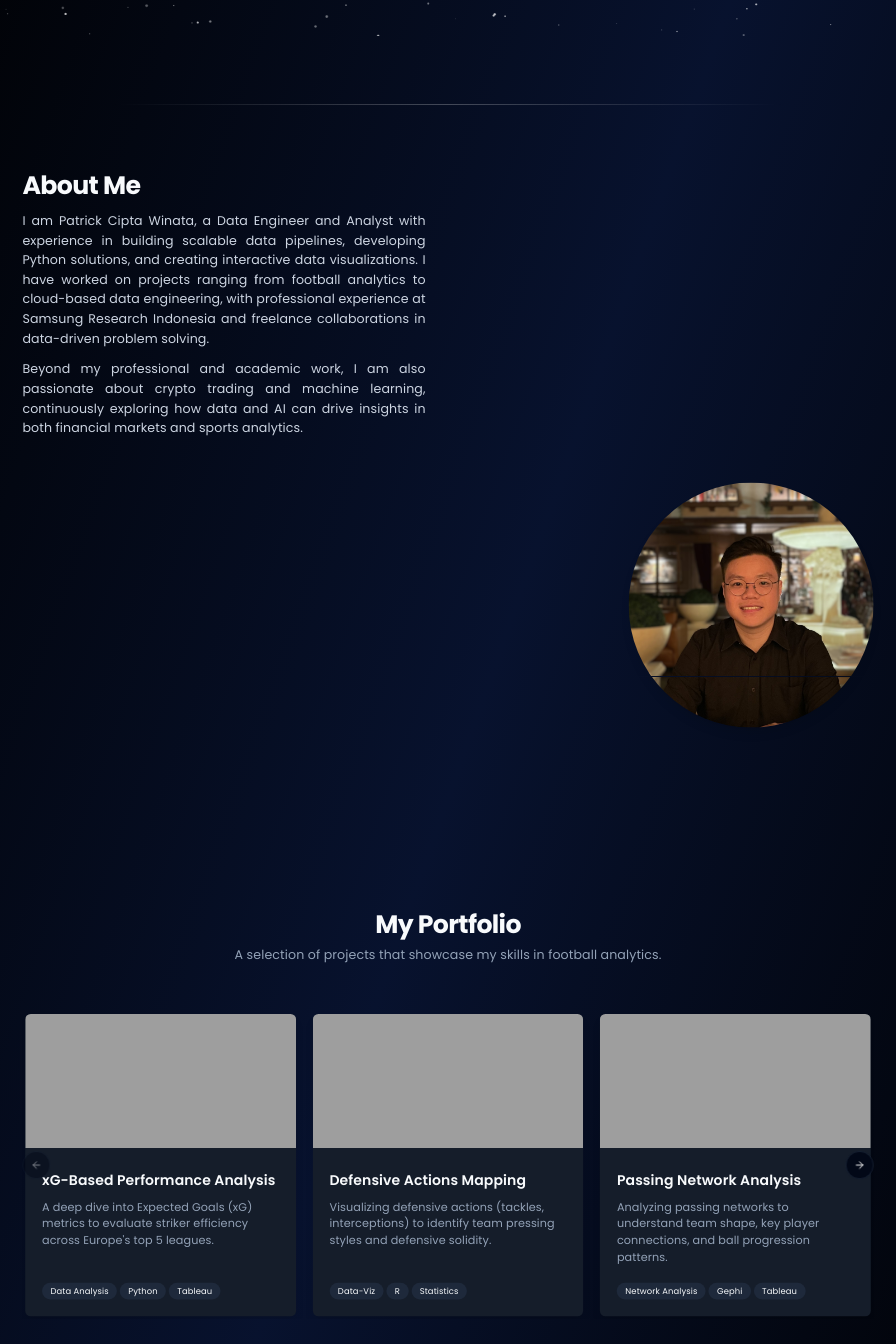
Repository: patrick-cw/my-portfolio
Page: /
The author's editor kept a copy of each file at every save. The page is drawn from the files as they stood at one save, then again after the next save.
The browser window is 1280 px wide. The pictures show the part of the page from y = 669 to 2589 px (the page is 3619 px tall before and 3545 px after), at 70% of full size.
Pictures or frames that could not be fetched are drawn as grey boxes. The project was rebuilt for these pictures with package versions that can differ from the ones it lists, and the page was loaded fresh each time. The framework's server and built-in components were replaced by stand-ins that run in the browser. Also part of the build but not shown: next.config.ts.

Above is the page before, as saved 2025-08-31 01:47:06.

After the next save:
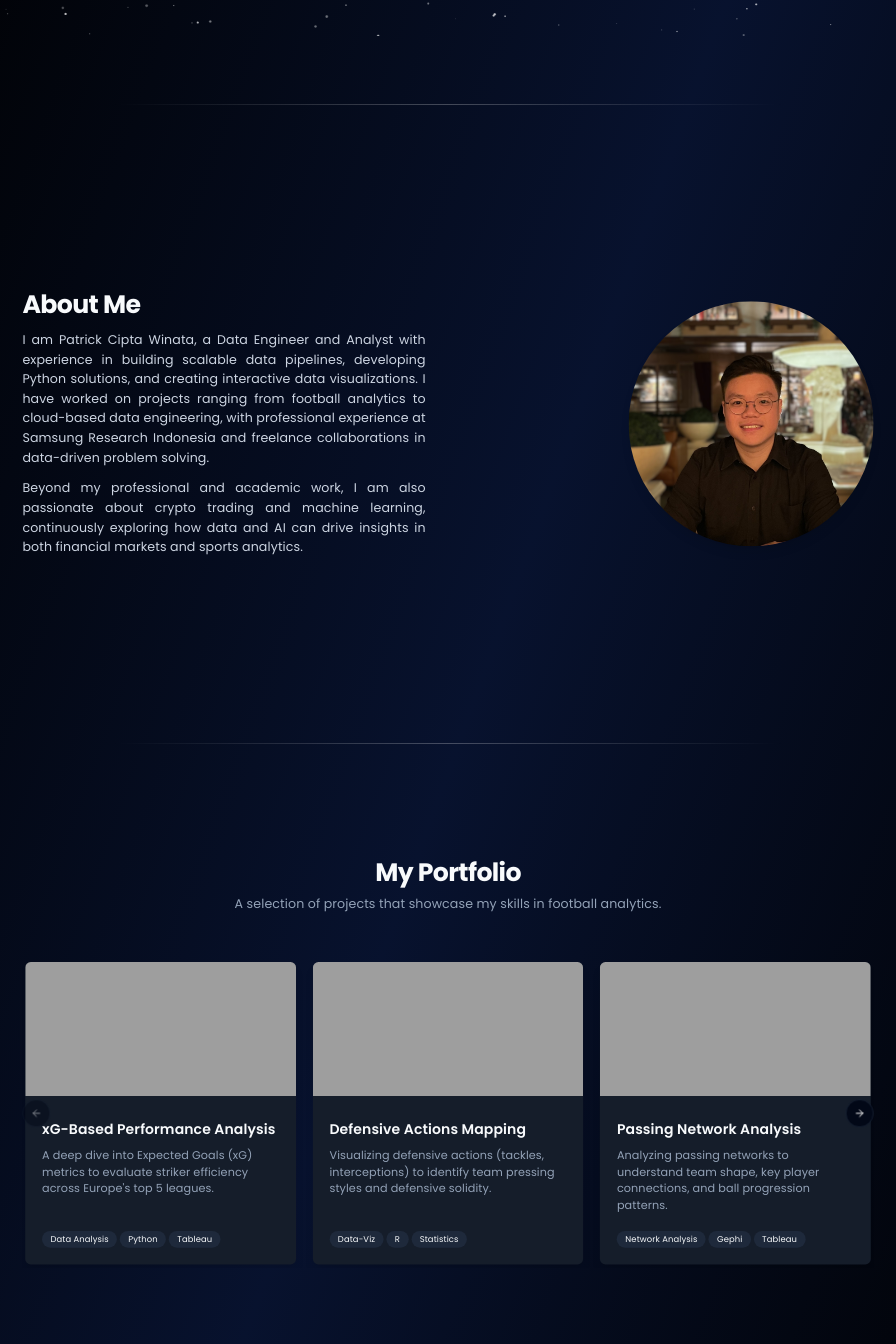
Saved 12 s later.
--- a/src/app/page.tsx
+++ b/src/app/page.tsx
@@ -21,7 +21,7 @@ function AboutSection() {
     <section id="about" className="relative min-h-screen flex flex-col justify-center">
       <div className="container">
       <div className="grid grid-cols-1 items-center gap-y-16 lg:grid-cols-2 lg:gap-x-2">
-          <div className="lg:col-span-8">
+          <div className="lg:col-span-7">
             <div className="max-w-xl">
               <h2 className="text-3xl font-bold tracking-tight text-foreground sm:text-4xl font-headline">About Me</h2>
               <p style={{color: "hsl(215deg 26.4% 84.39%)"}} className="mt-4 text-lg text-muted-foreground text-justify">
@@ -32,7 +32,7 @@ function AboutSection() {
               </p>
             </div>
           </div>
-          <div className="flex justify-center lg:col-span-4 lg:col-start-8">
+          <div className="flex justify-center lg:col-span-5 lg:col-start-8">
             <Image
               src="/images/face.JPG"
               alt="Patrick Cipta Winata"
